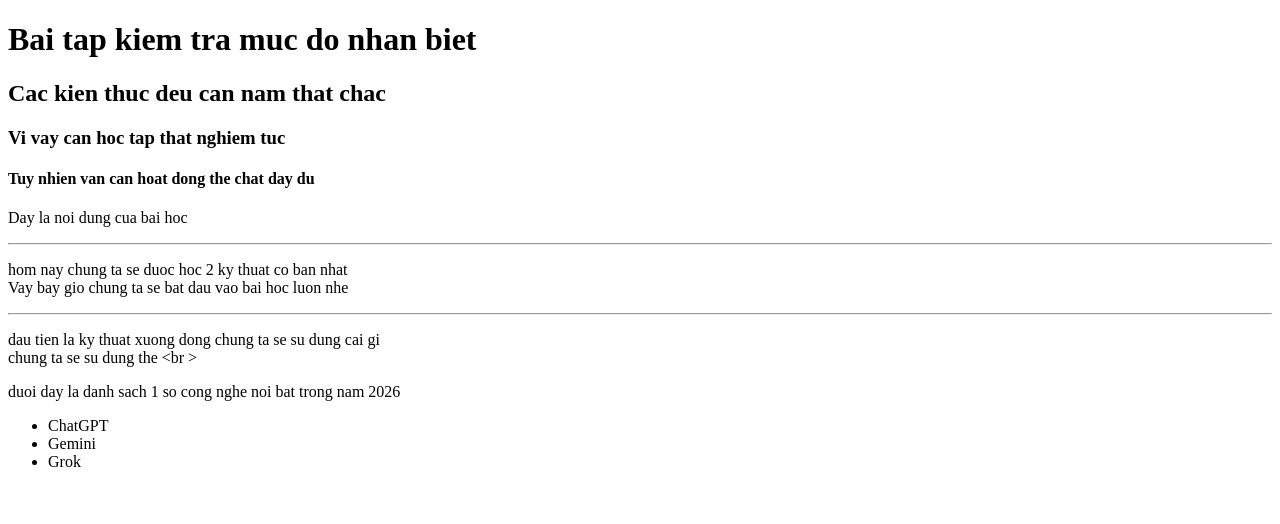
Repository: bachphamudu/my-tech-docs
Page: index.html
These files come from the project's save history. The page is drawn as it stood at one moment and after the next save; the edit follows.
The browser window is 1280 px wide. The pictures show the whole page.

Above is the page before, as saved 2026-10-17 09:15:46.

After the next save:
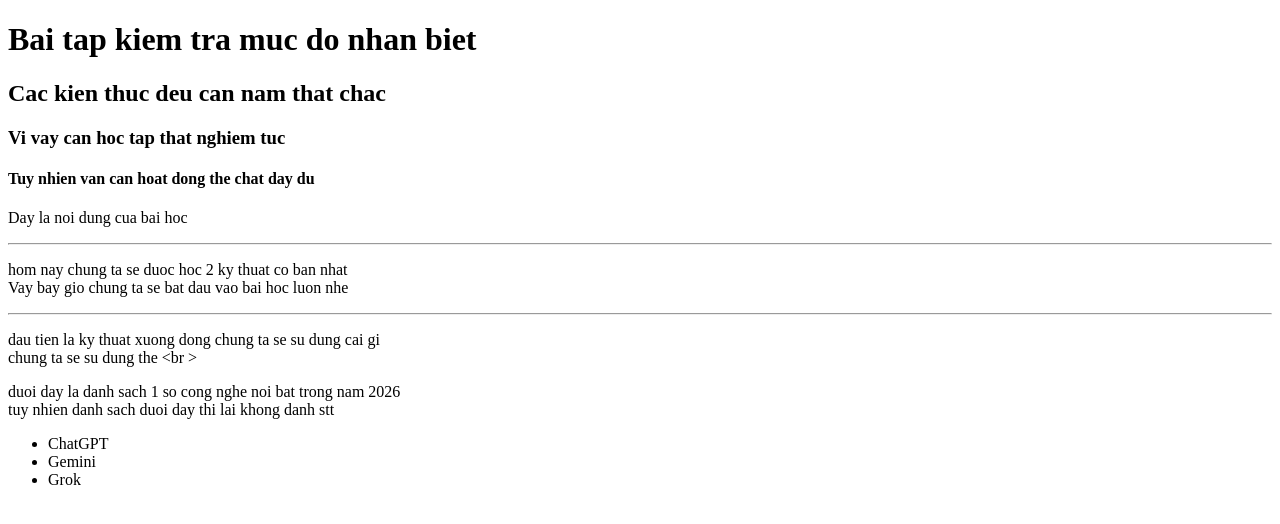
Saved 17 s later.
--- a/index.html
+++ b/index.html
@@ -17,7 +17,8 @@
     <hr>
     <p>dau tien la ky thuat xuong dong chung ta se su dung cai gi <br>
     chung ta se su dung the &lt;br	&gt;</p>
-    <p>duoi day la danh sach 1 so cong nghe noi bat trong nam 2026</p>
+    <p>duoi day la danh sach 1 so cong nghe noi bat trong nam 2026 <br>
+    tuy nhien danh sach duoi day thi lai khong danh stt</p>
     <ul>
         <li>ChatGPT</li>
         <li>Gemini</li>
